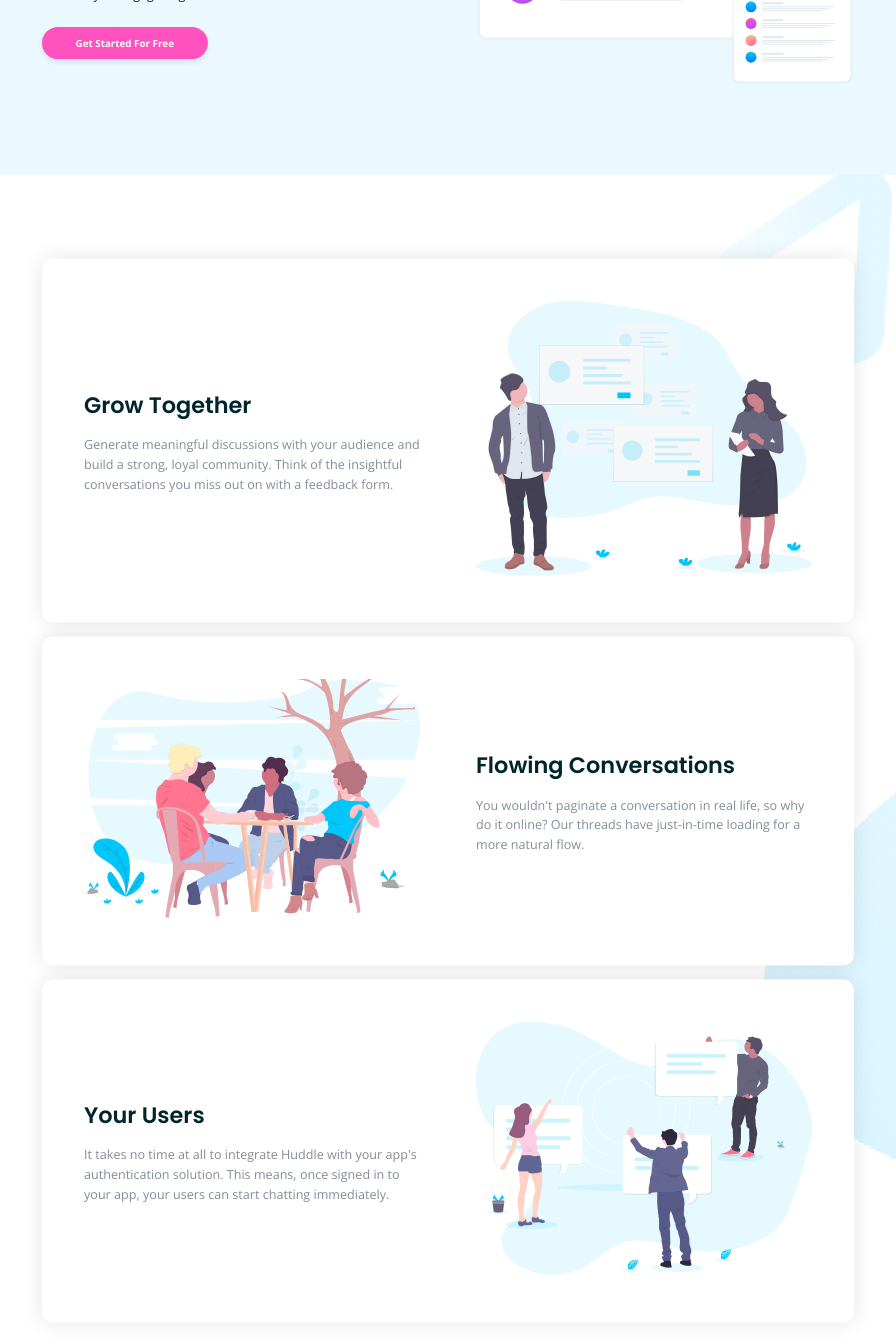
Repository: blordeus/huddle-landing-page
Page: index.html
These files come from the project's save history. The page is drawn as it stood at one moment and after the next save; the edit follows.
The browser window is 1280 px wide. The pictures show the part of the page from y = 438 to 2358 px (the page is 3305 px tall), at 70% of full size.

Above is the page before, as saved 2025-07-01 11:31:26.

### index.html
<!DOCTYPE html>
<html lang="en">
<head>
  <meta charset="UTF-8">
  <meta name="viewport" content="width=device-width, initial-scale=1.0">
  <link rel="icon" type="image/png" sizes="32x32" href="./images/favicon-32x32.png">
  <title>Frontend Mentor | Huddle landing page with alternating feature blocks</title>

  <!-- Google Fonts -->
  <link rel="preconnect" href="https://fonts.googleapis.com">
  <link rel="preconnect" href="https://fonts.gstatic.com" crossorigin>
  <link href="https://fonts.googleapis.com/css2?family=Poppins:wght@600&family=Open+Sans:wght@400;700&display=swap" rel="stylesheet">
  <link rel="stylesheet" type="text/css" href="styles.css" />

  <!-- Font Awesome for social icons -->
  <link rel="stylesheet" href="https://cdnjs.cloudflare.com/ajax/libs/font-awesome/6.0.0/css/all.min.css">
</head>

<body>
  <section class="bg-wrapper">
  <!-- Header -->
  <header class="header">
    <div class="container">
      <div class="header-content">
        <img src="./images/logo.svg" alt="Logo">
        <a href="#" class="btn btn-outline">Try It Free</a>
      </div>
    </div>
  </header>

  <!-- Hero Section -->
  <div class="hero">
    <div class="container">
      <div class="hero-content">
        <div class="hero-text">
          <h1>Build The Community Your Fans Will Love</h1>
          <p>Huddle re-imagines the way we build communities. You have a voice, but so does your audience. Create connections with your users as you engage in genuine discussion.</p>
          <a href="#" class="btn">Get Started For Free</a>
        </div>
        <div class="hero-image">
          <img src="./images/illustration-mockups.svg" alt="Desktop and mobile chat interface showing community conversations">
        </div>
      </div>
    </div>
  </div>

  <!-- Features Section -->
  <section class="features">
    <div class="container">
      <div class="feature">
        <div class="feature-content">
          <h2>Grow Together</h2>
          <p>Generate meaningful discussions with your audience and build a strong, loyal community. Think of the insightful conversations you miss out on with a feedback form.</p>
        </div>
        <div class="feature-image">
          <img src="./images/illustration-grow-together.svg" alt="Illustration of people having meaningful conversations and building community">
        </div>
      </div>

      <div class="feature">
        <div class="feature-content">
          <h2>Flowing Conversations</h2>
          <p>You wouldn't paginate a conversation in real life, so why do it online? Our threads have just-in-time loading for a more natural flow.</p>
        </div>
        <div class="feature-image">
          <img src="./images/illustration-flowing-conversation.svg" alt="Illustration of natural flowing conversation interface with seamless chat threads">
        </div>
      </div>

      <div class="feature">
        <div class="feature-content">
          <h2>Your Users</h2>
          <p>It takes no time at all to integrate Huddle with your app's authentication solution. This means, once signed in to your app, your users can start chatting immediately.</p>
        </div>
        <div class="feature-image">
          <img src="./images/illustration-your-users.svg" alt="Illustration showing easy user authentication and immediate chat access">
        </div>
      </div>
    </div>
  </section>

  <!-- Call to Action -->
  <section class="cta">
    <div class="container">
      <h2>Ready To Build Your Community?</h2>
      <a href="#" class="btn">Get Started For Free</a>
    </div>
  </section>

  <!-- Footer -->
  <footer class="footer">
    <div class="container">
      <a href="#" class="footer-logo">
            <img src="./images/logo.svg" alt="">
          </a>
      <div class="footer-content">
        <div class="footer-info">
          <div class="contact-info">
            <div class="contact-item">
              <img src="./images/icon-location.svg" alt="">
              <p>Lorem ipsum dolor sit amet, consectetur adipiscing elit, sed do eiusmod tempor incididunt ut labore et dolore magna aliqua</p>
            </div>
            <div class="contact-item">
              <img src="./images/icon-phone.svg" alt="">
              <p>+1-543-123-4567</p>
            </div>
            <div class="contact-item">
              <img src="./images/icon-email.svg" alt="">
              <p>example@huddle.com</p>
            </div>
          </div>
        </div>

        <div class="footer-links">
          <a href="#">About Us</a>
          <a href="#">What We Do</a>
          <a href="#">FAQ</a>
        </div>

        <div class="footer-links">
          <a href="#">Career</a>
          <a href="#">Blog</a>
          <a href="#">Contact Us</a>
        </div>

        <div class="social-icons">
          <a href="#" class="social-icon" aria-label="Facebook">
            <i class="fab fa-facebook-f"></i>
          </a>
          <a href="#" class="social-icon" aria-label="Twitter">
            <i class="fab fa-twitter"></i>
          </a>
          <a href="#" class="social-icon" aria-label="Instagram">
            <i class="fab fa-instagram"></i>
          </a>
        </div>
      </div>

      <div class="copyright">
        <p>&copy; Copyright 2018 Huddle. All rights reserved.</p>
      </div>
    </div>

    <p class="attribution">
      Challenge by <a href="https://www.frontendmentor.io?ref=challenge" target="_blank">Frontend Mentor</a>.
      Coded by <a href="#">Your Name Here</a>.
    </p>
  </footer>
</body>
</html>

### styles.css
    * {
      margin: 0;
      padding: 0;
      box-sizing: border-box;
    }

    body {
      font-family: 'Open Sans', sans-serif;
      font-size: 18px;
      line-height: 1.6;
      color: hsl(192, 100%, 9%);
    }

    .container {
      max-width: 1200px;
      margin: 0 auto;
      padding: 0 20px;
    }

    .bg-wrapper {
      background-image: url('./images/bg-hero-desktop.svg');
      background-size: cover;
      background-position: center;
    }

    /* Header */
    .header {
      background: hsl(193, 100%, 96%);
      padding: 24px 0;
    }

    .header-content {
      display: flex;
      justify-content: space-between;
      align-items: center;
    }

    .header-content img {
      height: 40px;
    }

    .btn {
      background: hsl(322, 100%, 66%);
      color: white;
      border: none;
      padding: 12px 48px;
      border-radius: 24px;
      font-family: 'Open Sans', sans-serif;
      font-weight: 700;
      font-size: 14px;
      cursor: pointer;
      text-decoration: none;
      display: inline-block;
      transition: opacity 0.3s ease;
      box-shadow: 0 4px 8px rgba(0, 0, 0, 0.1);
    }

    .btn:hover {
      opacity: 0.8;
    }

    .btn-outline {
      background: white;
      box-shadow: 0 4px 8px rgba(0, 0, 0, 0.1);
      color: #00252E;
    }

    .btn-outline:hover {
      color: #808E9A;
    }

    /* Hero Section */
    .hero {
      background: hsl(199, 100%, 96%);
      padding: 80px 0 120px;
    }

    .hero-content {
      display: grid;
      grid-template-columns: 1fr 1fr;
      gap: 80px;
      align-items: center;
    }

    .hero-text h1 {
      font-family: 'Poppins', sans-serif;
      font-weight: 600;
      font-size: 48px;
      line-height: 1.2;
      margin-bottom: 24px;
      color: hsl(192, 100%, 9%);
    }

    .hero-text p {
      font-size: 18px;
      color: hsl(192, 100%, 9%);
      margin-bottom: 32px;
      line-height: 1.6;
    }

    .hero-image {
      text-align: center;
    }

    .hero-image img {
      max-width: 100%;
      height: auto;
    }

    /* Features Section */
    .features {
      padding: 120px 0;
    }

    .feature {
      display: grid;
      grid-template-columns: 1fr 1fr;
      gap: 80px;
      align-items: center;
      margin-bottom: 20px;
      background: white;
      padding: 60px;
      border-radius: 16px;
      box-shadow: 0 0 30px rgba(0, 0, 0, 0.1);
    }

    .feature:nth-child(even) .feature-content {
      order: 2;
    }

    .feature:nth-child(even) .feature-image {
      order: 1;
    }

    .feature h2 {
      font-family: 'Poppins', sans-serif;
      font-weight: 600;
      font-size: 32px;
      margin-bottom: 16px;
      color: hsl(192, 100%, 9%);
    }

    .feature p {
      color: hsl(208, 11%, 55%);
      line-height: 1.6;
    }

    .feature-image {
      text-align: center;
    }

    .feature-image img {
      max-width: 100%;
      height: auto;
    }

    /* Call to Action */
    .cta {
      text-align: center;
      padding: 80px 0;
      background: white;
      width: 50%;
      margin: 0 auto;
      box-sizing: border-box;
      border-radius: 16px;
      box-shadow: 0 0 30px rgba(0, 0, 0, 0.1);
      position: relative;
      z-index: 2;
      transform: translateY(20%);
    }

    .cta a {
      background: hsl(322, 100%, 66%);
      color: white;
      padding: 16px 64px;
      border-radius: 24px;
      font-family: 'Open Sans', sans-serif;
      font-weight: 700;
      font-size: 14px;
      cursor: pointer;
      text-decoration: none;
      display: inline-block;
      transition: opacity 0.3s ease;
      box-shadow: 0 4px 8px rgba(0, 0, 0, 0.1);

    }

    .cta h2 {
      font-family: 'Poppins', sans-serif;
      font-weight: 600;
      font-size: 32px;
      margin-bottom: 32px;
      color: hsl(192, 100%, 9%);
    }

    /* Footer */
    .footer {
      background: hsl(192, 100%, 9%);
      color: white;
      padding: 120px 0 40px;
    }

    .footer-content {
      display: grid;
      grid-template-columns: 2fr 1fr 1fr 1fr;
      gap: 60px;
      margin-bottom: 40px;
    }

    .footer-logo {
      display: flex;
      align-items: center;
      gap: 8px;
      font-family: 'Poppins', sans-serif;
      font-weight: 600;
      font-size: 24px;
      color: white;
      text-decoration: none;
      margin-bottom: 24px;
    }

    .footer-logo .logo-icon {
      background: white;
      color: hsl(322, 100%, 66%);
    }

    .contact-info {
      display: flex;
      flex-direction: column;
      gap: 16px;
    }

    .contact-item {
      display: flex;
      align-items: flex-start;
      gap: 16px;
    }

    .contact-item i {
      margin-top: 4px;
      width: 16px;
    }

    .footer-links {
      display: flex;
      flex-direction: column;
      gap: 12px;
    }

    .footer-links a {
      color: white;
      text-decoration: none;
      transition: color 0.3s ease;
    }

    .footer-links a:hover {
      color: hsl(322, 100%, 66%);
    }

    .social-icons {
      display: flex;
      gap: 16px;
      justify-content: center;
    }

    .social-icon {
      width: 40px;
      height: 40px;
      border: 1px solid white;
      border-radius: 50%;
      display: flex;
      align-items: center;
      justify-content: center;
      color: white;
      text-decoration: none;
      transition: all 0.3s ease;
    }

    .social-icon:hover {
      color: hsl(322, 100%, 66%);
      border-color: hsl(322, 100%, 66%);
    }

    .copyright {
      text-align: center;
      font-size: 14px;
      color: hsl(208, 11%, 55%);
      padding-top: 40px;
      border-top: 1px solid hsl(208, 11%, 55%);
    }

    .attribution {
      font-size: 11px;
      text-align: center;
      margin-top: 20px;
    }

    .attribution a {
      color: hsl(228, 45%, 44%);
    }

    /* Responsive Design */
    @media (max-width: 768px) {
      .container {
        padding: 0 16px;
      }

      .hero {
        background-image: url('./images/bg-hero.svg');
      }

      .header-content {
        flex-direction: column;
        gap: 20px;
      }

      .hero-content {
        grid-template-columns: 1fr;
        gap: 40px;
        text-align: center;
      }

      .hero-text h1 {
        font-size: 32px;
      }

      .feature {
        grid-template-columns: 1fr;
        gap: 40px;
        padding: 40px 20px;
        text-align: center;
      }

      .feature:nth-child(even) .feature-content,
      .feature:nth-child(even) .feature-image {
        order: unset;
      }

      .footer-content {
        grid-template-columns: 1fr;
        gap: 40px;
        text-align: center;
      }

      .social-icons {
        justify-content: center;
      }

      .cta {
        margin: 0 16px;
        padding: 40px 20px;
      }

      .cta h2 {
        font-size: 24px;
      }
    }

After the next save:
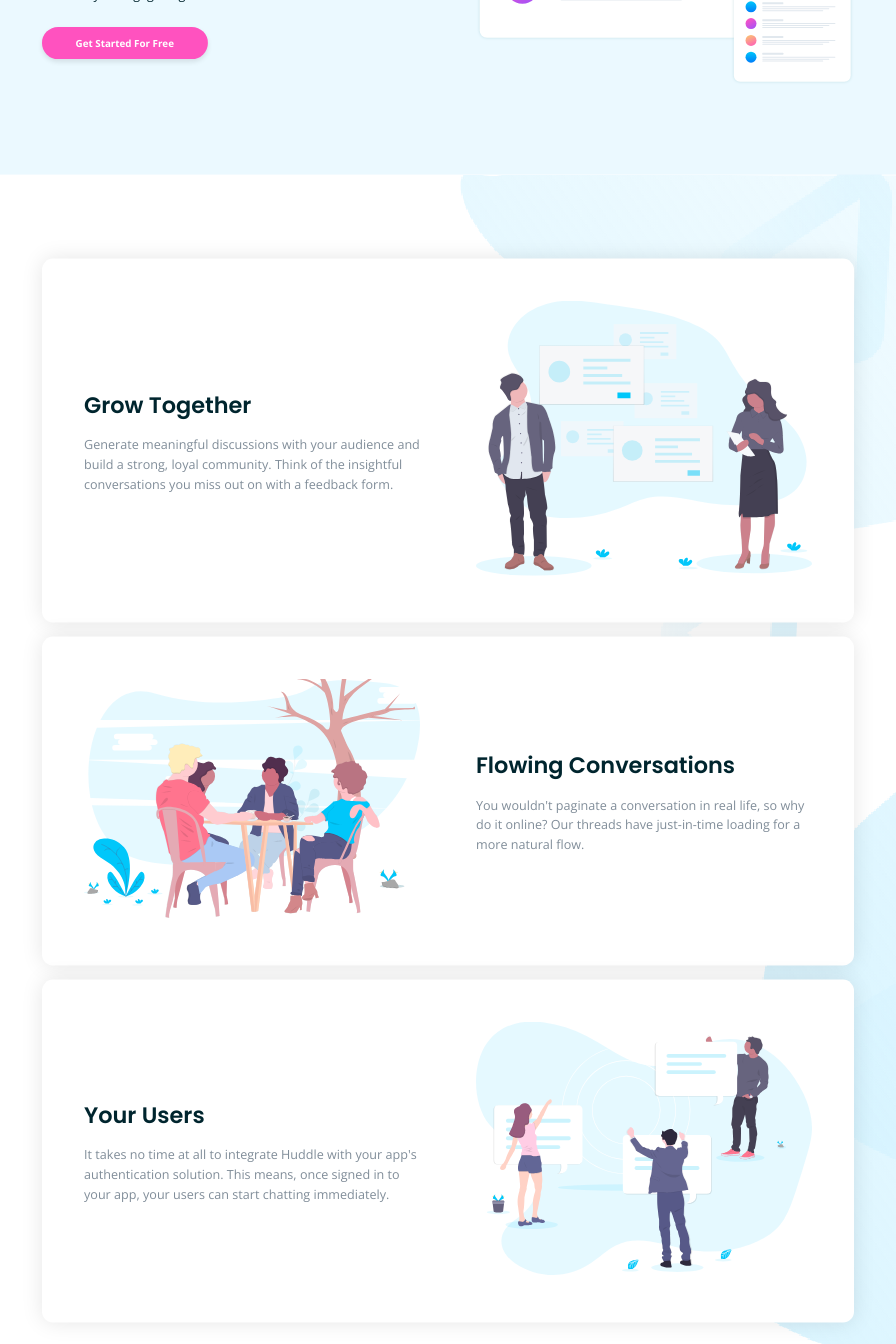
Saved 28 s later.
--- a/index.html
+++ b/index.html
@@ -43,6 +43,8 @@
       </div>
     </div>
   </div>
+    <section class="bg-wrapper">
+
 
   <!-- Features Section -->
   <section class="features">
